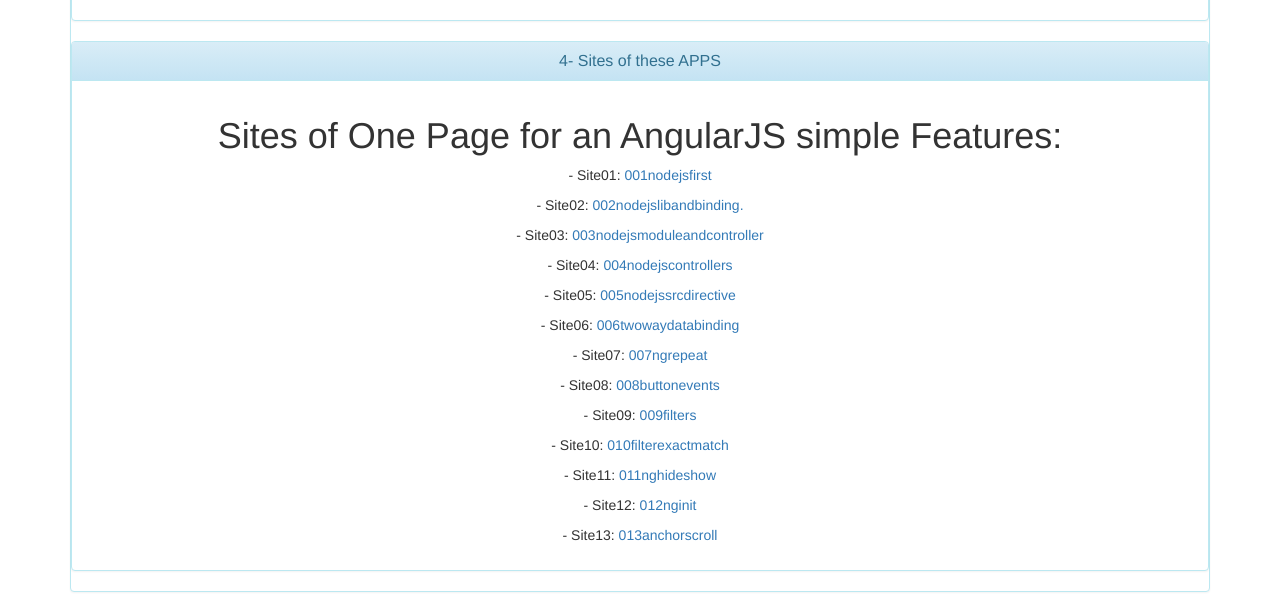
Repository: atafs/Deploy_GoogleAppEngine_webAPPS
Page: Project_002_Deploy_americotomasLIB/war/index.html
These files come from the project's save history. The page is drawn as it stood at one moment and after the next save; the edit follows.
The browser window is 1280 px wide. The pictures show the part of the page from y = 2322 to 2934 px (the page is 2934 px tall).

Above is the page before, as saved 2016-02-04 17:10:12.
Console error (its wording comes from the project's code and is left out).

### Project_002_Deploy_americotomasLIB/war/index.html
<!DOCTYPE html>
<html lang="en">
<head>
<meta charset="utf-8">
<meta http-equiv="X-UA-Compatible" content="IE=edge">
<meta name="viewport" content="width=device-width, initial-scale=1">
<!-- The above 3 meta tags *must* come first in the head; any other head content must come *after* these tags -->
<meta name="description" content="">
<meta name="author" content="">
<link rel="icon" href="../../favicon.ico">

<title>AmericoTomas Proj</title>

</head>
<body role="document">
	<div class="container theme-showcase" role="main">
		<!-- Main jumbotron for a primary marketing message or call to action -->
		<div style="background-color: #29a329; color: #e5e5ff" class="jumbotron">
			<h1>AngularJS, JSF, ASP.NET WS</h1>
			<p>- AngularJS(Javascript): a very popular Framework. These sites were intended to use some features of this framework. To test it´s potencial</p>
			<p>- JSF(Java Server Faces): a Front End framework. This case it is a simples login that prints the result of the data inserted in the UI components</p>
			<p>- ASP.NET WS (Microsoft): creation of a Web APP that reads from a data base (WS) a prints to an HTML page (AngularJS)</p>
			<p>- Azure (Deploy in a Microsoft platform): release the sites in Azure Microsoft </p>

			<iframe width="300" height="200" src="https://www.youtube.com/embed/videoseries?list=PLBaNeIDelX0LWugK_EMfT9q_S85-bH_qY" frameborder="0" allowfullscreen></iframe>
			<p>List with all Videos (youtube)</p>

		</div>
		<h2>
			<span class="label label-warning">Type and Description on the
				projects created this week!!</span>
		</h2>
		<div class="row-md-6">
			<table class="table table-condensed">
				<thead>
					<tr>
						<th>#</th>
						<th>Type</th>
						<th>Description</th>
					</tr>
				</thead>
				<tbody>
					<tr>
						<td>1</td>
						<td>AngularJS</td>
						<td>Javascript based. Projects that highlight some of the features of this framework </td>
					</tr>
					<tr>
						<td>2</td>
						<td>JSF</td>
						<td>A Front End Java framework based. To work on the view of the App</td>
					</tr>
					<tr>
						<td>3</td>
						<td>ASP.NET WS</td>
						<td>Another Web App. In this case, using a different IDE (visualStudio). SQL Server to store the data and a WS to retrieve it automatically. </td>
					</tr>
					<tr>
						<td>4</td>
						<td>Azure</td>
						<td>Testing the abilities of deployment of Microsoft through Azure</td>
					</tr>
				</tbody>
			</table>
		</div>
		<div class="row"></div>
		<!-- /.col-sm-4 -->
		<div class="row-sm-4"  style="text-align: center">
			<div class="panel panel-info">
				<div class="panel-heading">
					<h3 class="panel-title">1- AngularJS</h3>
				</div>
				<div class="panel-body">
					<h2>
						<span class="label label-primary" style="color: white;">FrontEnd_JS_Angular - Proj01-14</span>
					</h2>
					<iframe width="560" height="315" src="https://www.youtube.com/embed/Ko11xbZfoR0?list=PLBaNeIDelX0LWugK_EMfT9q_S85-bH_qY" frameborder="0" allowfullscreen></iframe>
			</div>

			<div class="panel panel-info">
				<div class="panel-heading">
					<h3 class="panel-title">2- Java Server Faces</h3>
				</div>
				<div class="panel-body">
					<div>
						<h2>
							<span class="label label-primary" style="color: white;">FrontEnd_Java_JSF - Proj01-02</span>
						</h2>
						<iframe width="560" height="315" src="https://www.youtube.com/embed/knD61DM7_cI?list=PLBaNeIDelX0LWugK_EMfT9q_S85-bH_qY" frameborder="0" allowfullscreen></iframe>
					</div>
				</div>
			</div>
			<div class="panel panel-info">
				<div class="panel-heading">
					<h3 class="panel-title">ASP.NET WS</h3>
				</div>
				<div class="panel-body">
					<h2>
						<span class="label label-primary" style="color: white;">BackEnd_C-Sharp_ASP_NET_WS_AngularJS - Proj01-02</span>
					</h2>
					<iframe width="560" height="315" src="https://www.youtube.com/embed/n4GIGLrWXkw?list=PLBaNeIDelX0LWugK_EMfT9q_S85-bH_qY" frameborder="0" allowfullscreen></iframe>
				</div>
			</div>
			<div class="panel panel-info">
				<div class="panel-heading">
					<h3 class="panel-title">4- Sites of these APPS</h3>
				</div>
				<div class="panel-body">
					 <div>
				        <h1>Sites of One Page for an AngularJS simple Features:</h1>
				        <p> - Site01: <a href="http://americotomaslib001nodejsfirst.azurewebsites.net/">001nodejsfirst</a></p>
				        <p> - Site02: <a href="http://americotomaslib002nodejslibandbinding.azurewebsites.net/">002nodejslibandbinding.</a></p>
				        <p> - Site03: <a href="http://americotomaslib003nodejsmoduleandcontroller.azurewebsites.net/">003nodejsmoduleandcontroller</a></p>
				        <p> - Site04: <a href="http://americotomaslib004nodejscontrollers.azurewebsites.net/">004nodejscontrollers</a></p>
				        <p> - Site05: <a href="http://americotomaslib005nodejssrcdirective.azurewebsites.net/">005nodejssrcdirective</a></p>
				        <p> - Site06: <a href="http://americotomaslib006twowaydatabinding.azurewebsites.net/">006twowaydatabinding</a></p>
				        <p> - Site07: <a href="http://americotomaslib007ngrepeat.azurewebsites.net/">007ngrepeat</a></p>
				        <p> - Site08: <a href="http://americotomaslib008buttonevents.azurewebsites.net/">008buttonevents</a></p>
				        <p> - Site09: <a href="http://americotomaslib009filters.azurewebsites.net/">009filters</a></p>
				        <p> - Site10: <a href="http://americotomaslib010filterexactmatch.azurewebsites.net/">010filterexactmatch</a></p>
				        <p> - Site11: <a href="http://americotomaslib011nghideshow.azurewebsites.net/">011nghideshow</a></p>
				        <p> - Site12: <a href="http://americotomaslib012nginit.azurewebsites.net/">012nginit</a></p>
				        <p> - Site13: <a href="http://americotomaslib013anchorscroll.azurewebsites.net/">013anchorscroll</a></p>
    				</div>
				</div>
			</div>
		</div>
	</div>
	<!-- /container -->

	<!-- Latest compiled and minified CSS -->
	<link rel="stylesheet"
		href="https://maxcdn.bootstrapcdn.com/bootstrap/3.3.6/css/bootstrap.min.css"
		integrity="sha384-1q8mTJOASx8j1Au+a5WDVnPi2lkFfwwEAa8hDDdjZlpLegxhjVME1fgjWPGmkzs7"
		crossorigin="anonymous">

	<!-- Optional theme -->
	<link rel="stylesheet"
		href="https://maxcdn.bootstrapcdn.com/bootstrap/3.3.6/css/bootstrap-theme.min.css"
		integrity="sha384-fLW2N01lMqjakBkx3l/M9EahuwpSfeNvV63J5ezn3uZzapT0u7EYsXMjQV+0En5r"
		crossorigin="anonymous">

	<!-- Latest compiled and minified JavaScript -->
	<script
		src="https://maxcdn.bootstrapcdn.com/bootstrap/3.3.6/js/bootstrap.min.js"
		integrity="sha384-0mSbJDEHialfmuBBQP6A4Qrprq5OVfW37PRR3j5ELqxss1yVqOtnepnHVP9aJ7xS"
		crossorigin="anonymous"></script>
</body>
</html>

After the next save:
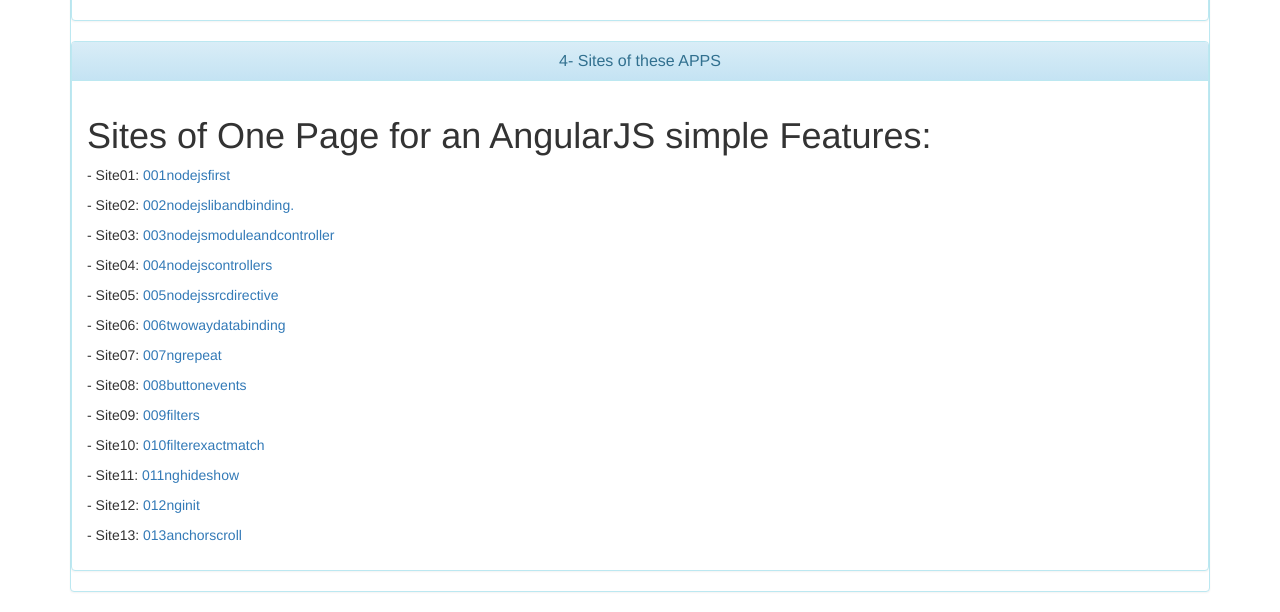
Saved 91 s later.
--- a/Project_002_Deploy_americotomasLIB/war/index.html
+++ b/Project_002_Deploy_americotomasLIB/war/index.html
@@ -106,7 +106,7 @@
 					<h3 class="panel-title">4- Sites of these APPS</h3>
 				</div>
 				<div class="panel-body">
-					 <div>
+					 <div style="text-align: left">
 				        <h1>Sites of One Page for an AngularJS simple Features:</h1>
 				        <p> - Site01: <a href="http://americotomaslib001nodejsfirst.azurewebsites.net/">001nodejsfirst</a></p>
 				        <p> - Site02: <a href="http://americotomaslib002nodejslibandbinding.azurewebsites.net/">002nodejslibandbinding.</a></p>
